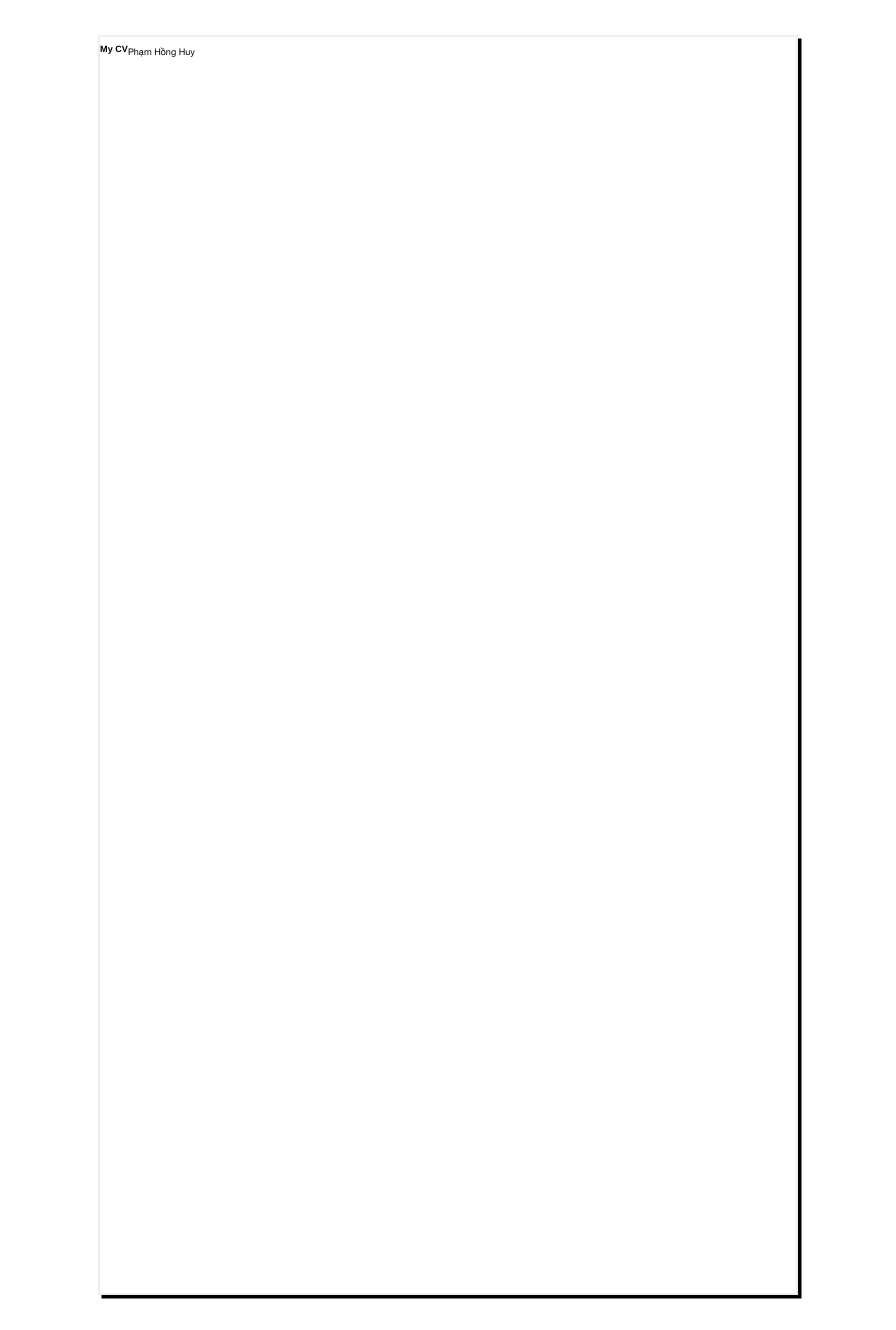
Repository: phamhonghuy/bookstore
Page: index.html
These files come from the project's save history. The page is drawn as it stood at one moment and after a run of saves; the edit follows.
The browser window is 1280 px wide. The pictures show the whole page, at 70% of full size.

Above is the page before, as saved 2021-10-08 23:07:39.

### index.html
<!DOCTYPE html>
<html>
    <head>
        <meta name="viewport" content="width=device-width" />
        <meta  charset="utf-8" />
        <script src="js/script.js"></script>
        <link rel="stylesheet" href="css/style.css">
        <title>My CV</title>
        <link rel="shortcut icon" href="/image/shortcut-icon.png">
    </head>
    <body>
        <div class='header'>
            <h1>My CV</h1>
            <p id="name">Phạm Hồng Huy</p>

        </div>
    </body>
    <footer></footer>
</html>

### css/style.css
* {
    color:rgb(0, 0, 0);
    font-family: Helvetica;
    font-size: 13px;
    box-sizing: border-box;
}
@font-face {
    font-family:Helvetica;
    src: url(/font/helveticaneue.ttf);
}
body {
    width: 1000px;
    height: 1800px;
    box-shadow: 5px 5px rgb(0, 0, 0);
    margin: 50px auto;
    border: 3px solid #eee;
}

.header{
    display: flex;
    height: ;

}

Loaded but not shown: JS/script.js (no copy from this time; the picture is the same without it)

After the next 5 saves:
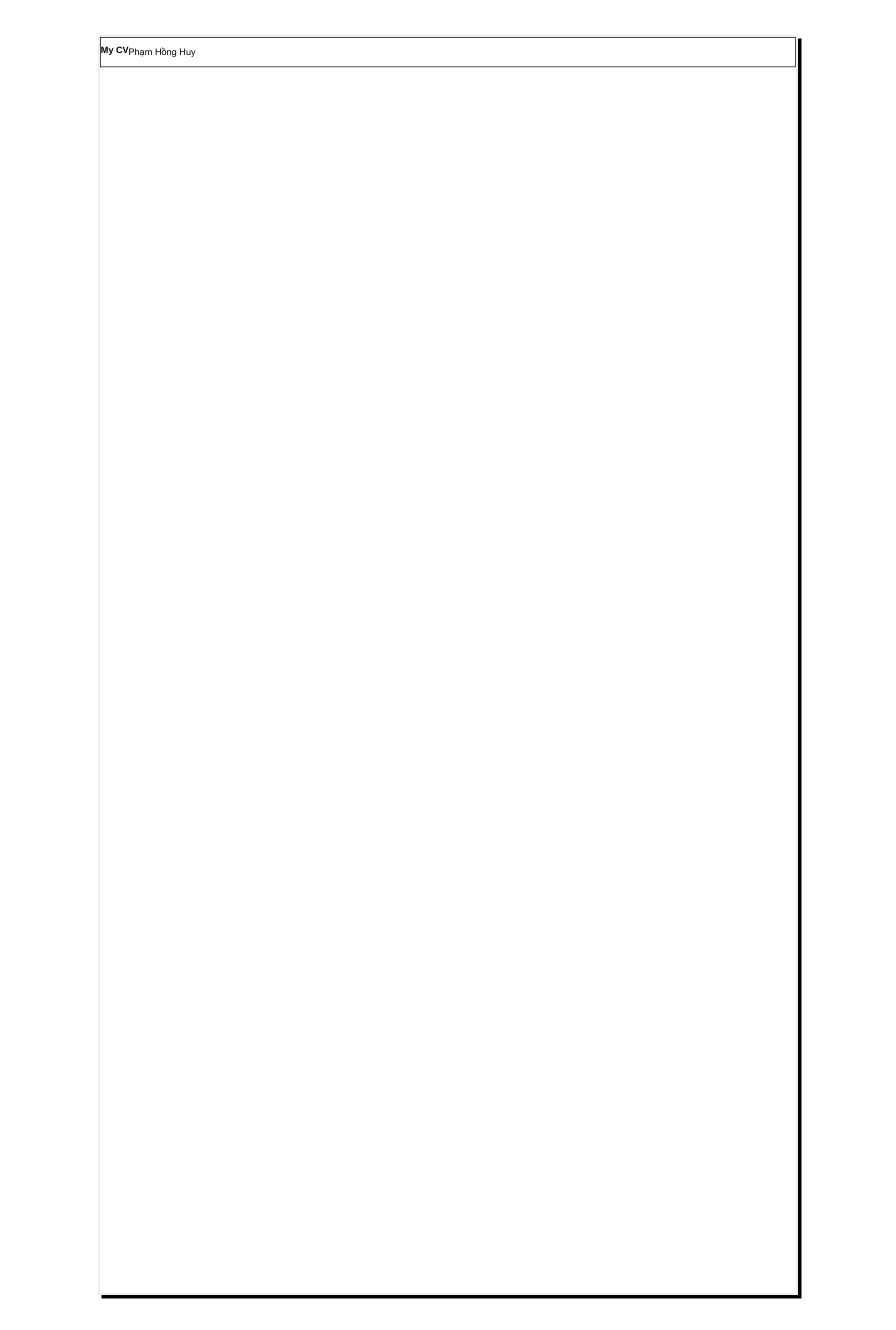
The 5 saves are shown as one change because they came seconds apart.
The last was saved 14 s later.
--- a/css/style.css
+++ b/css/style.css
@@ -19,5 +19,6 @@ body {
 .header{
     display: flex;
     height: ;
+    border: 1px solid rgb(0, 0, 0);
 
 }
